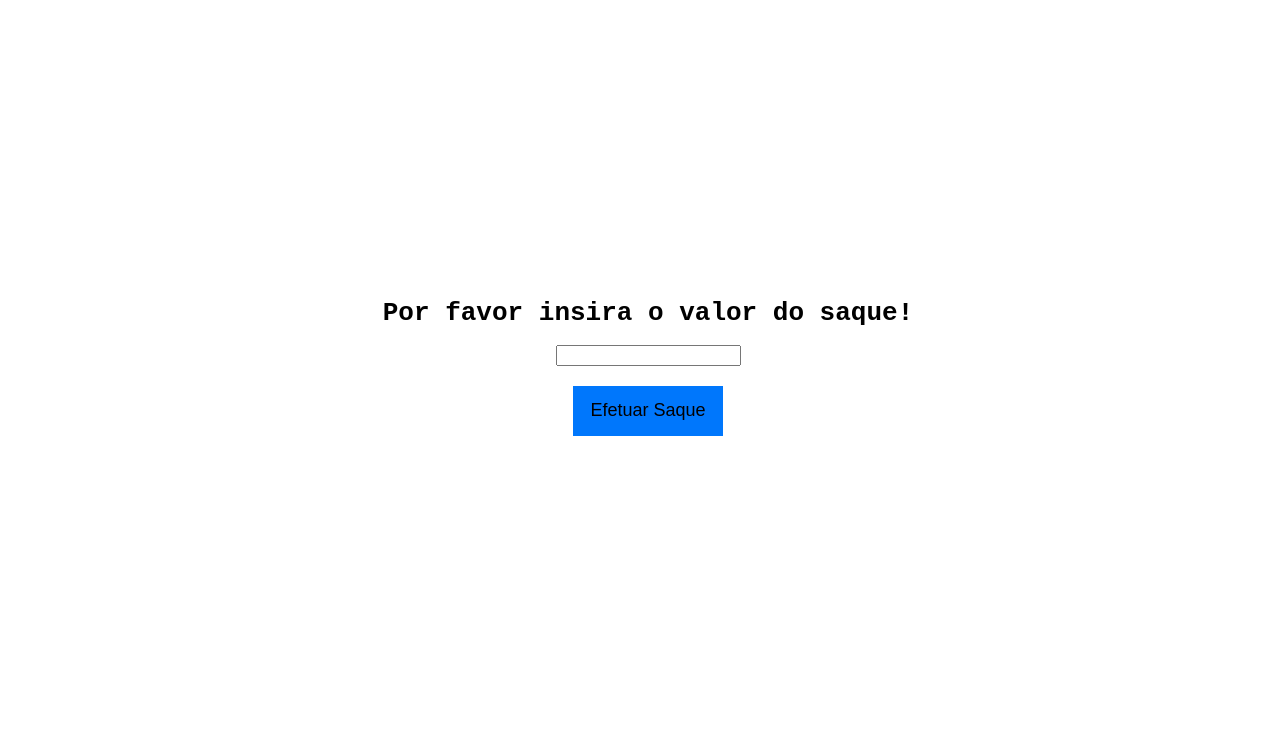
Repository: tkosudi/evlos-test-react
Page: /
These files come from the project's save history. The page is drawn as it stood at one moment and after a run of saves; the edit follows.
The browser window is 1280 px wide. The page is 1288 px wide, so the pictures cover 1288 px, including what lies to the right of the window. The pictures show the whole page.
The project was rebuilt for these pictures with package versions that can differ from the ones it lists, and the page was loaded fresh each time.

Above is the page before, as saved 2021-09-02 16:18:13.

After the next 5 saves:
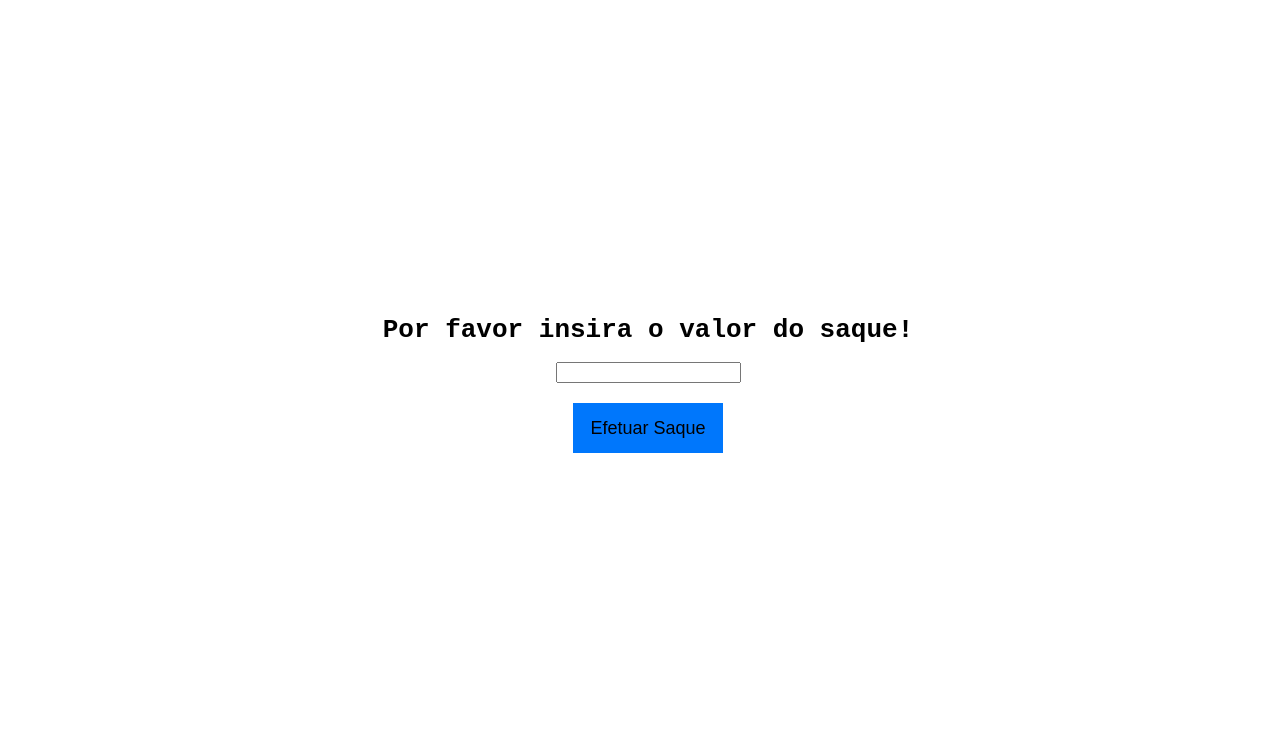
The 5 saves are shown as one change because they came seconds apart.
The last was saved 56 s later.
--- a/src/components/withdraw/index.js
+++ b/src/components/withdraw/index.js
@@ -25,6 +25,7 @@ export const WithdrawComponent = () => {
         value={inputValue}
       />
       <Message>{responseMessage}</Message>
+      <Message>{}</Message>
     </Container>
   );
 };
